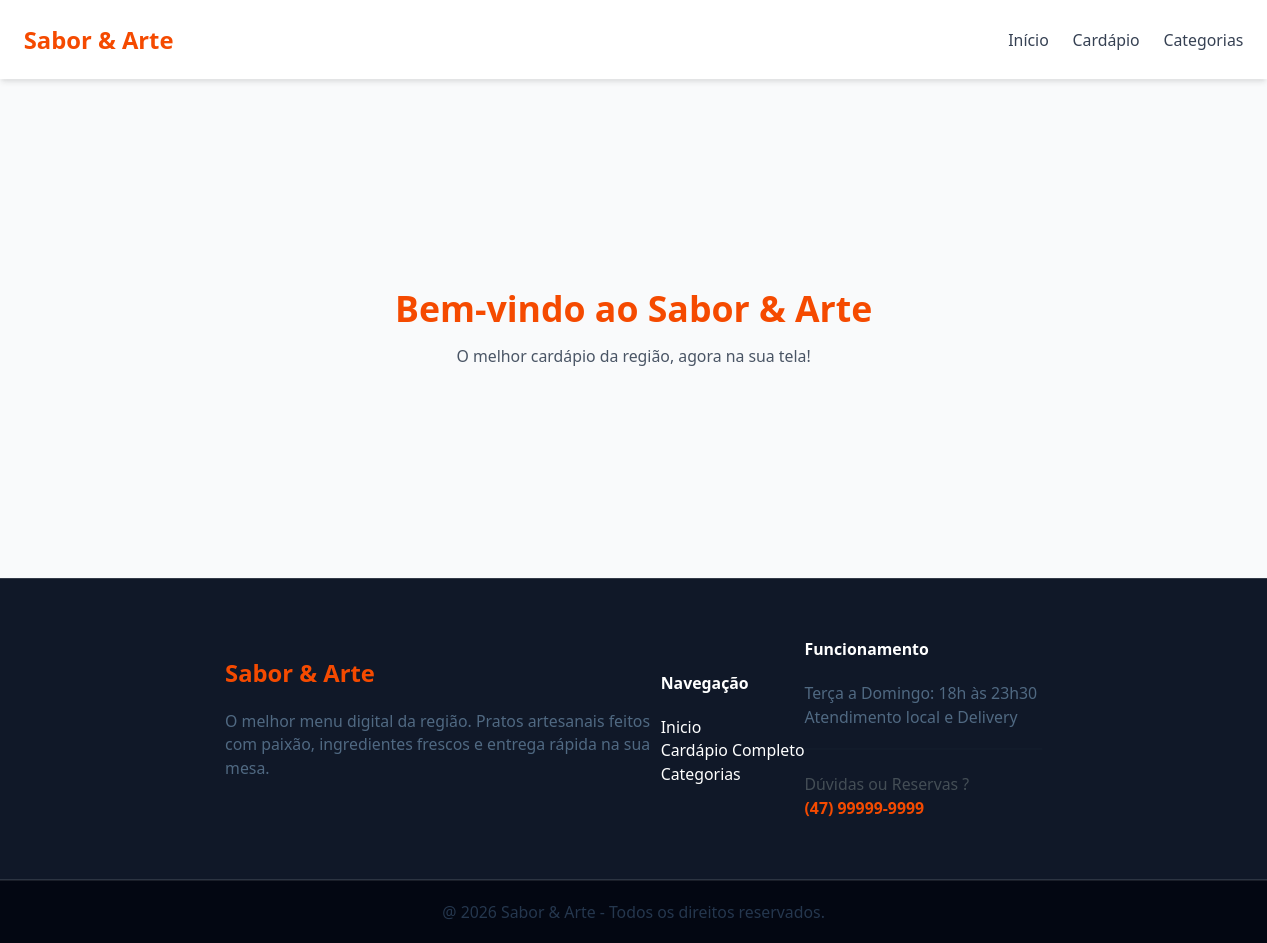
Repository: DiegoWWeege/pair-programming-next-js
Page: / (app in next-js-project/)
The author's editor kept a copy of each file at every save. The page is drawn from the files as they stood at one save, then again after a run of saves.
The browser window is 1280 px wide. The pictures show the whole page, at 99% of full size.
The project was rebuilt for these pictures with package versions that can differ from the ones it lists, and the page was loaded fresh each time. The framework's server and built-in components were replaced by stand-ins that run in the browser. Also part of the build but not shown: next-js-project/next.config.ts.

Above is the page before, as saved 2026-09-18 19:03:01.

After the next 5 saves:
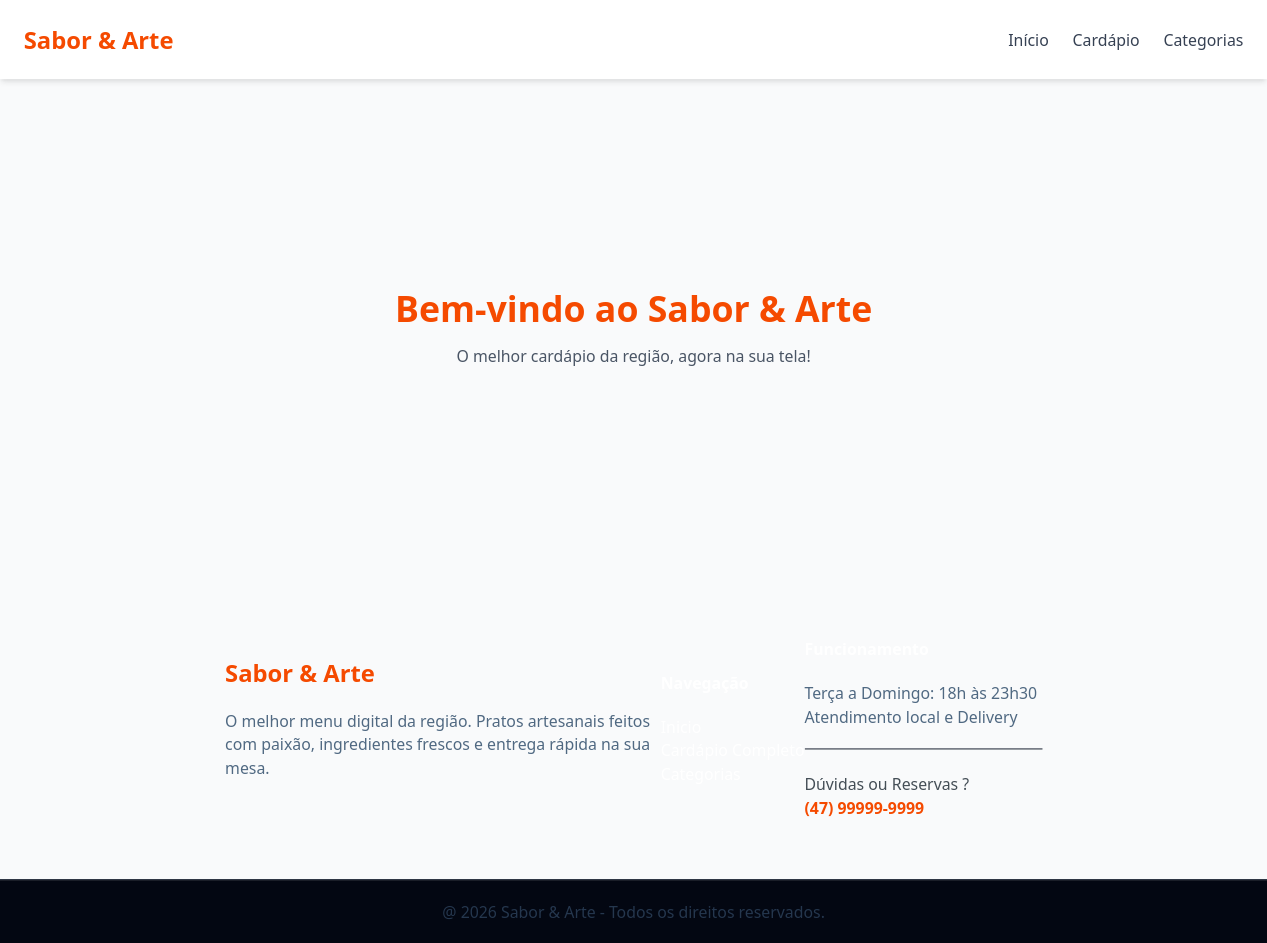
The 5 saves are shown as one change because they came seconds apart.
The last was saved 17 s later.
--- a/next-js-project/src/components/Footer.tsx
+++ b/next-js-project/src/components/Footer.tsx
@@ -5,7 +5,7 @@
     return(
 
         <footer>
-           <div className="flex flex-cols-3 items-center justify-center bg-[#101828] p-15">
+           <div className="flex flex-cols-3 items-center justify-center justify-spacebg-[#101828] p-15">
                 <div>
                     <h2 className="font-bold text-orange-600 text-2xl mb-5 ">
                         Sabor & Arte

After the save that followed:
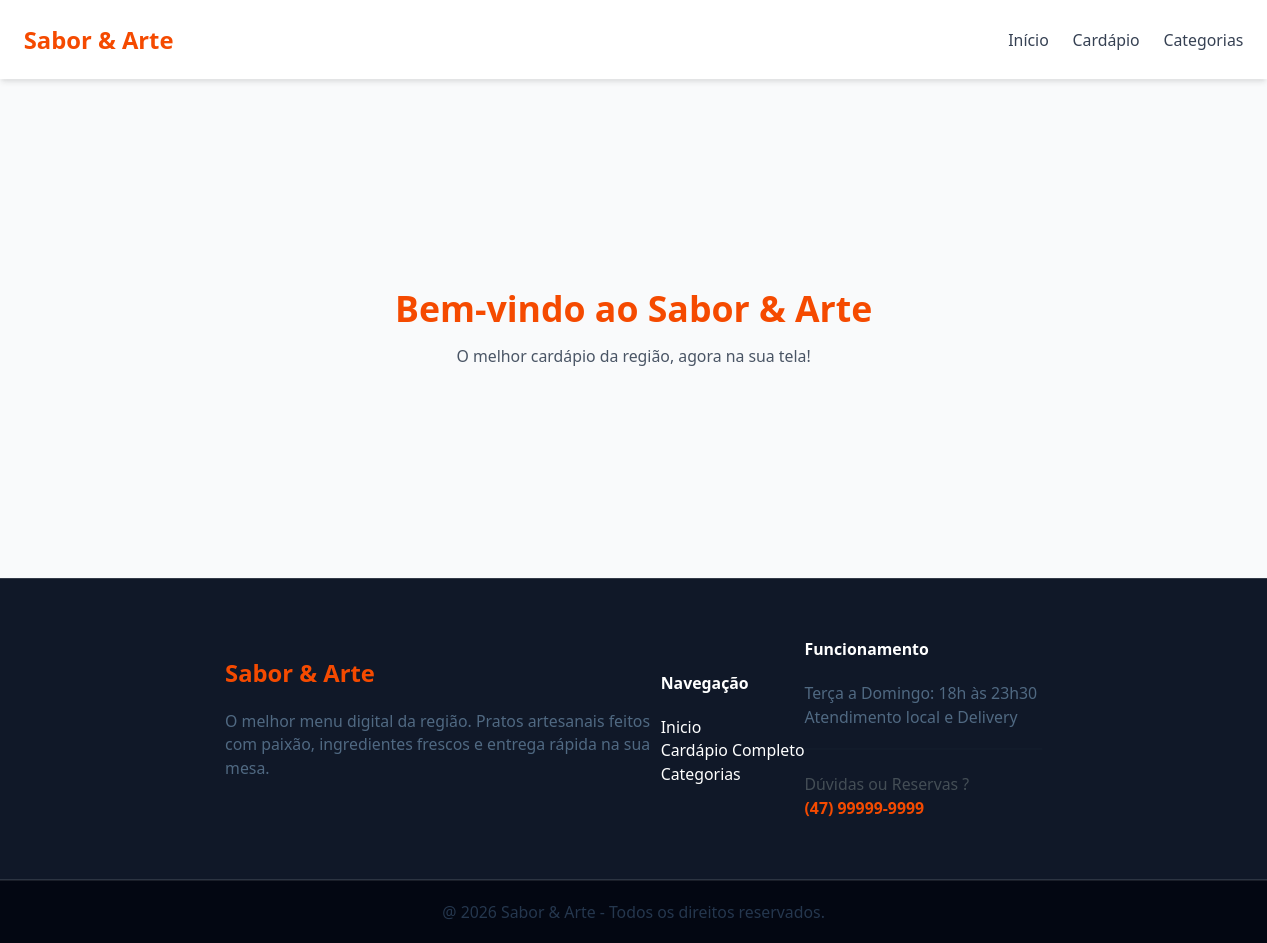
Saved 9 s later.
--- a/next-js-project/src/components/Footer.tsx
+++ b/next-js-project/src/components/Footer.tsx
@@ -5,7 +5,7 @@
     return(
 
         <footer>
-           <div className="flex flex-cols-3 items-center justify-center justify-spacebg-[#101828] p-15">
+           <div className="flex flex-cols-3 items-center justify-center space-around bg-[#101828] p-15">
                 <div>
                     <h2 className="font-bold text-orange-600 text-2xl mb-5 ">
                         Sabor & Arte
